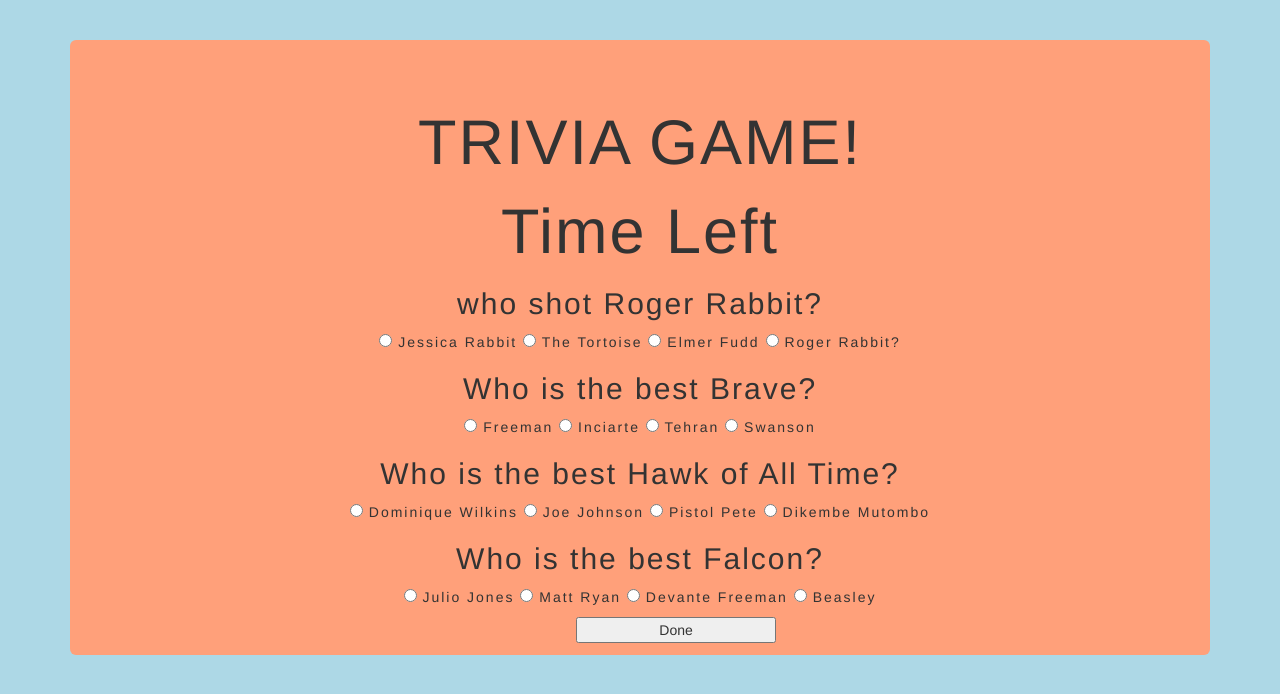
Repository: phiniezyc/TriviaGame
Page: index.html
These files come from the project's save history. The page is drawn as it stood at one moment and after the next save; the edit follows.
The browser window is 1280 px wide. The pictures show the whole page.
After loading, the first visible `#startGameButton` was clicked once.
Some web libraries are served in a nearby version.

Above is the page before, as saved 2017-09-14 01:32:28.
Console error: TypeError: "#timeLeft".html is not a function

### index.html
<!DOCTYPE html>
<html lang="">
<head>
    <meta charset="utf-8">
    <meta name="viewport" content="width=device-width, initial-scale=1.0">
    <title>Quiz Game</title>
    <link rel="stylesheet" href="https://maxcdn.bootstrapcdn.com/bootstrap/3.3.7/css/bootstrap.min.css">
    <link rel="stylesheet" href="assets/css/style.css">
</head>

<body>

<div class="container">
<div class="row">

</div>
</div>
<div class="container">
    <div class="jumbotron">
        <div>
            <h1 id="gameHeading">TRIVIA GAME!</h1>
        </div>
        <div id="questionSection">
            <button id="startGameButton">Start Game</button>
        </div>
    </div>
</div>



<script src="https://ajax.googleapis.com/ajax/libs/jquery/3.2.1/jquery.min.js"></script>
<script src="assets/javascript/app.js"></script>
</body>
</html>

### assets/css/style.css
body {
    background-color: lightblue;
}



button {
    /*margin-left: 45%;*/
    /*text-align: center;*/
    width: 200px;
    position: absolute;
    left: 45%;
}


.jumbotron {
    background-color: lightsalmon;
    margin-top: 40px;
    text-align: center;
    letter-spacing: 2px;
}

#gameHeading {
    text-align: center;
}


#doneButton {
    margin-top: 10px;
}

/*
.!*answerSections {

    height: 100px;
    border-style: solid;
    border-width: 5px;
    text-align: center;
    font-size: 35px;
    width: 75%;
    margin: 0 auto;
    padding-top: 15px;
} *!*/

### assets/javascript/app.js

$("#startGameButton").on("click", function () {
    trivaScoring.startTimer();
    /* $("#startGameButton").remove();
    for (var i = 0; i < questions.length; i++) {
        $("#questionSection").append("<h2>" + questions[i].question + "</h2>");
        for (var j = 0; j < questions[i].answers.length; j++) {
            $("#questionSection").append("<input type = 'radio' name= 'questionsToAsk" + i + " 'value' " + questions[i].answers[j] + "'>" + questions[i].answers[j])
        }
    }
    $("#questionSection").after("<button value = 'hello' id = 'doneButton'> Done"); */
});

var questions = [{
    question: " who shot Roger Rabbit? ",
    answers: [" Jessica Rabbit ", " The Tortoise ", " Elmer Fudd ", " Roger Rabbit? "],
    correctAnswer: " Jessica Rabbit "
}, {
    question: " Who is the best Brave? ",
    answers: [" Freeman ", " Inciarte ", " Tehran ", " Swanson "],
    correctAnswer: "Freeman"
}, {
    question: " Who is the best Hawk of All Time? ",
    answers: [" Dominique Wilkins ", " Joe Johnson ", " Pistol Pete ", " Dikembe Mutombo "],
    correctAnswer: " Dominique Wilkins "
}, {
    question: " Who is the best Falcon? ",
    answers: [" Julio Jones ", " Matt Ryan ", " Devante Freeman ", " Beasley "],
    correctAnswer: " Julio Jones "
}];


var trivaScoring = {
    correct: 0,
    incorrect: 0,
    counter: 60,
    timeLeft: function() {
        trivaScoring.counter--;
        ("#timeLeft").html(trivaScoring.counter);
        if (trivaScoring.counter === 0) {
            console.log("You're done!");
            trivaScoring.over();
        }
    },
    startTimer: function() {
        timer = setInterval(trivaScoring.timeLeft, 1000);
        $("#questionSection").prepend("<h1>Time Left ")
        $("#startGameButton").remove();
        for (var i = 0; i < questions.length; i++) {
            $("#questionSection").append("<h2>" + questions[i].question + "</h2>");
            for (var j = 0; j < questions[i].answers.length; j++) {
                $("#questionSection").append("<input type = 'radio' name= 'questionsToAsk" + i + " 'value' " + questions[i].answers[j] + "'>" + questions[i].answers[j])
            }
        }
        $("#questionSection").after("<button value = 'hello' id = 'doneButton'> Done");
    }


}

After the next save:
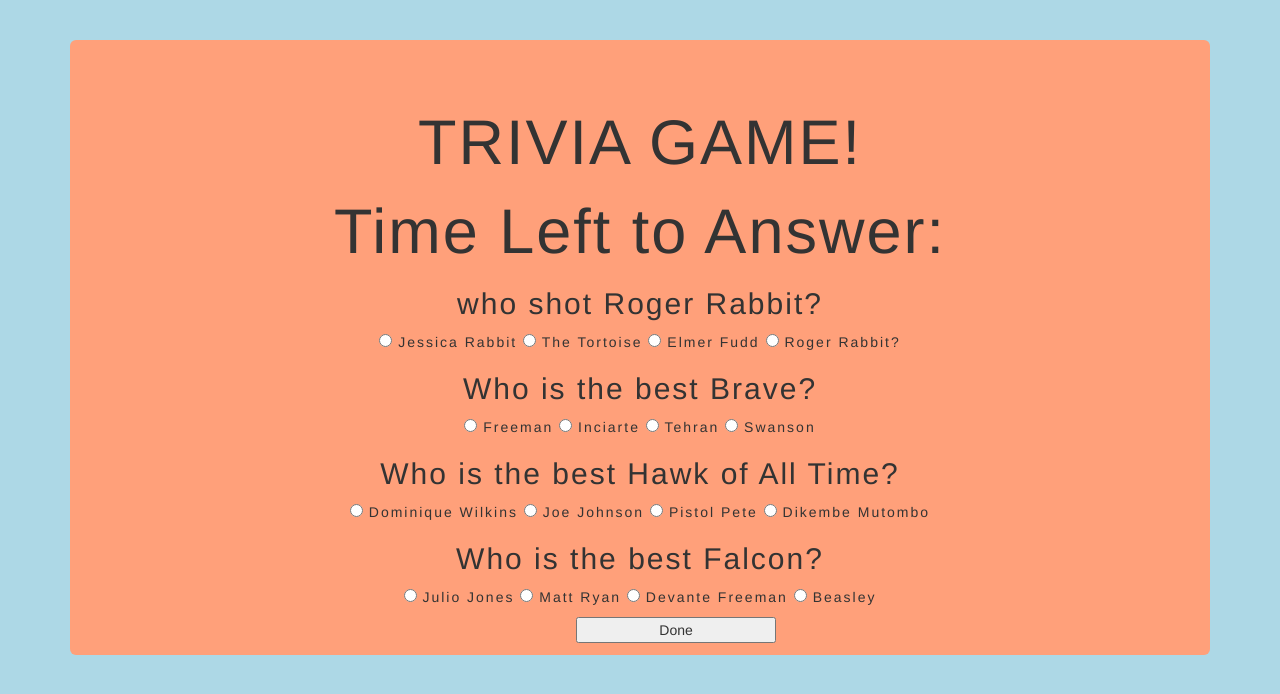
Saved 6 s later.
--- a/assets/javascript/app.js
+++ b/assets/javascript/app.js
@@ -44,7 +44,7 @@
     },
     startTimer: function() {
         timer = setInterval(trivaScoring.timeLeft, 1000);
-        $("#questionSection").prepend("<h1>Time Left ")
+        $("#questionSection").prepend("<h1>Time Left to Answer: ")
         $("#startGameButton").remove();
         for (var i = 0; i < questions.length; i++) {
             $("#questionSection").append("<h2>" + questions[i].question + "</h2>");
